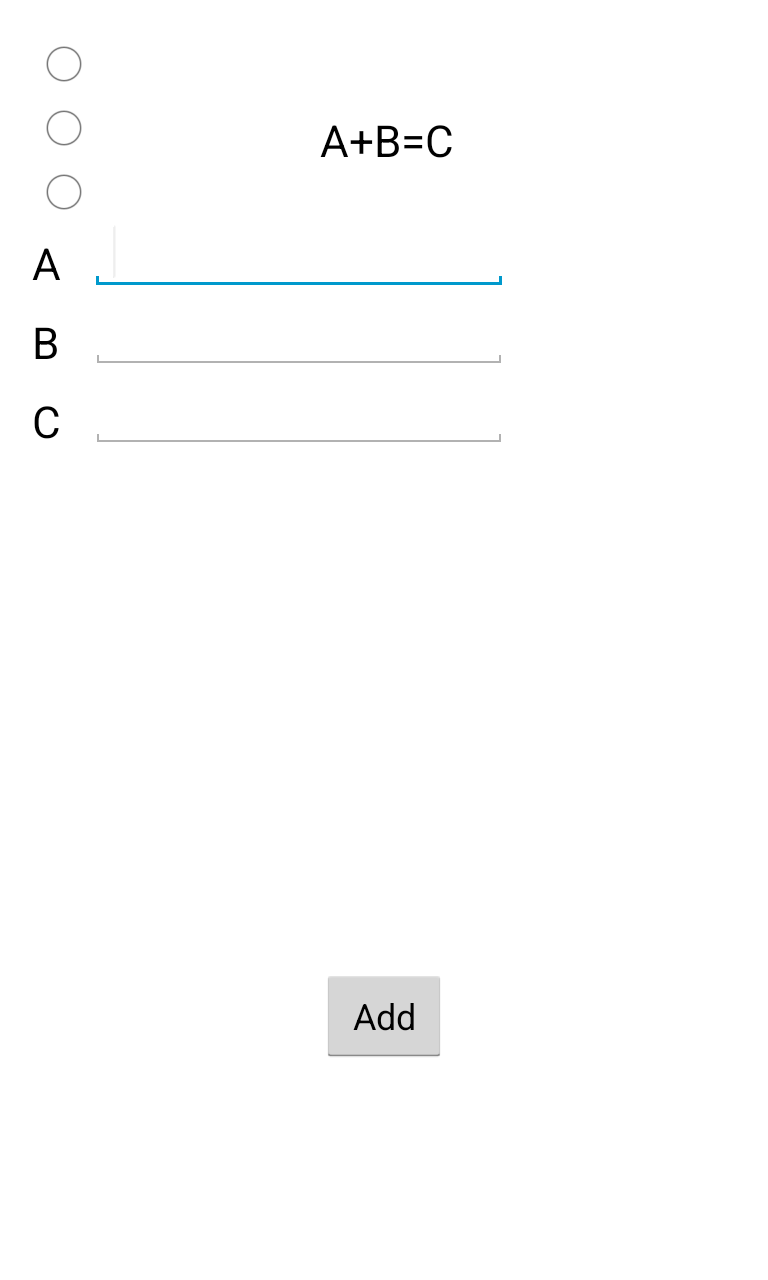
Repository: dtri123/Equation-Station
Layout: TheEquationStation/res/layout/addition_page.xml
An editor plug-in stored every save of this project. The layout is shown before and after the next save, followed by the edit.
It is drawn on a 768 x 1280 px phone screen (xhdpi) without system bars, with theme AppTheme; the app's code is not run.

Above is the layout before, as saved 2013-07-17 18:38:30.

After the next save:
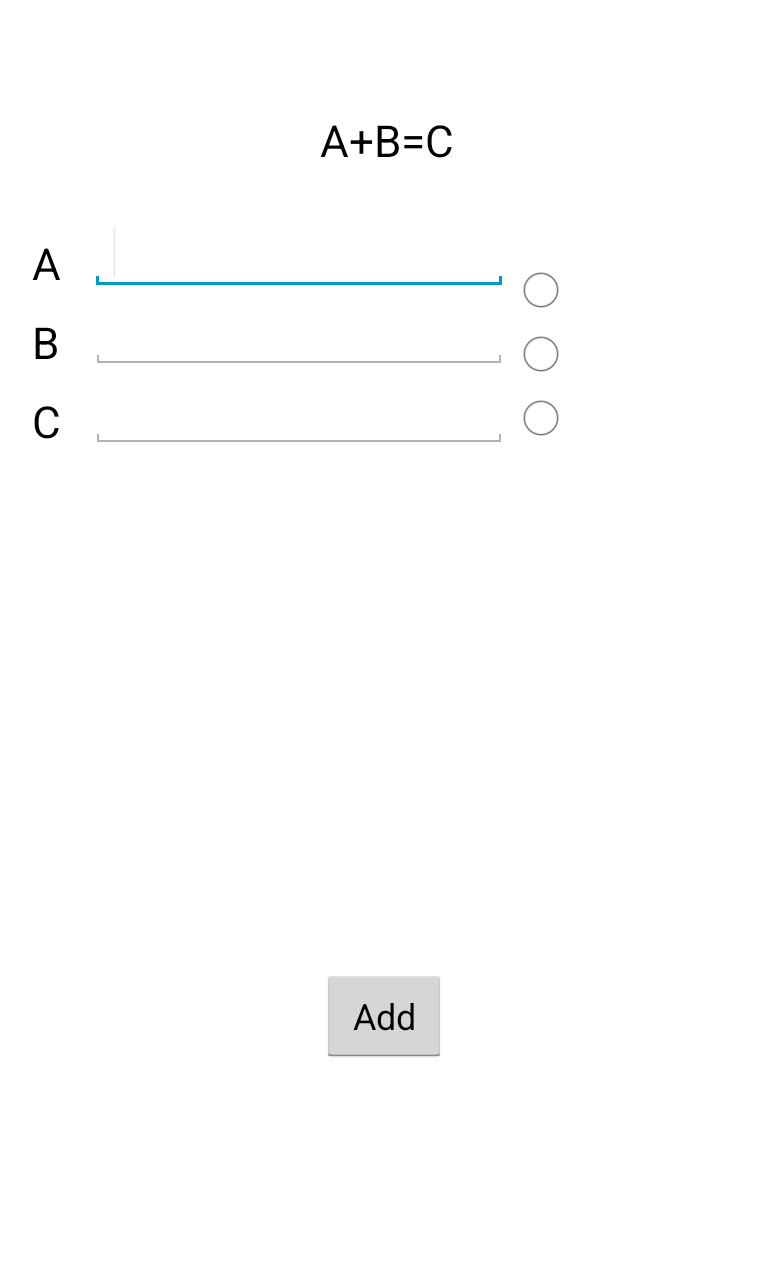
Saved 2 min 15 s later.
--- a/TheEquationStation/res/layout/addition_page.xml
+++ b/TheEquationStation/res/layout/addition_page.xml
@@ -84,11 +84,12 @@
         android:layout_alignBottom="@+id/editText1"
         android:text="A"
         android:textAppearance="?android:attr/textAppearanceLarge" />
-    <RadioGroup
-    android:id="@+id/group1"
+    <RadioGroup android:id="@+id/group1"
     android:layout_width="fill_parent"
 	android:layout_height="wrap_content"
-	android:orientation="vertical">
+	android:orientation="vertical"
+	android:layout_alignBottom="@+id/editText3"
+	android:layout_toRightOf="@+id/editText3">"
 
 	    <RadioButton
 	        android:id="@+id/radioButtonA"
